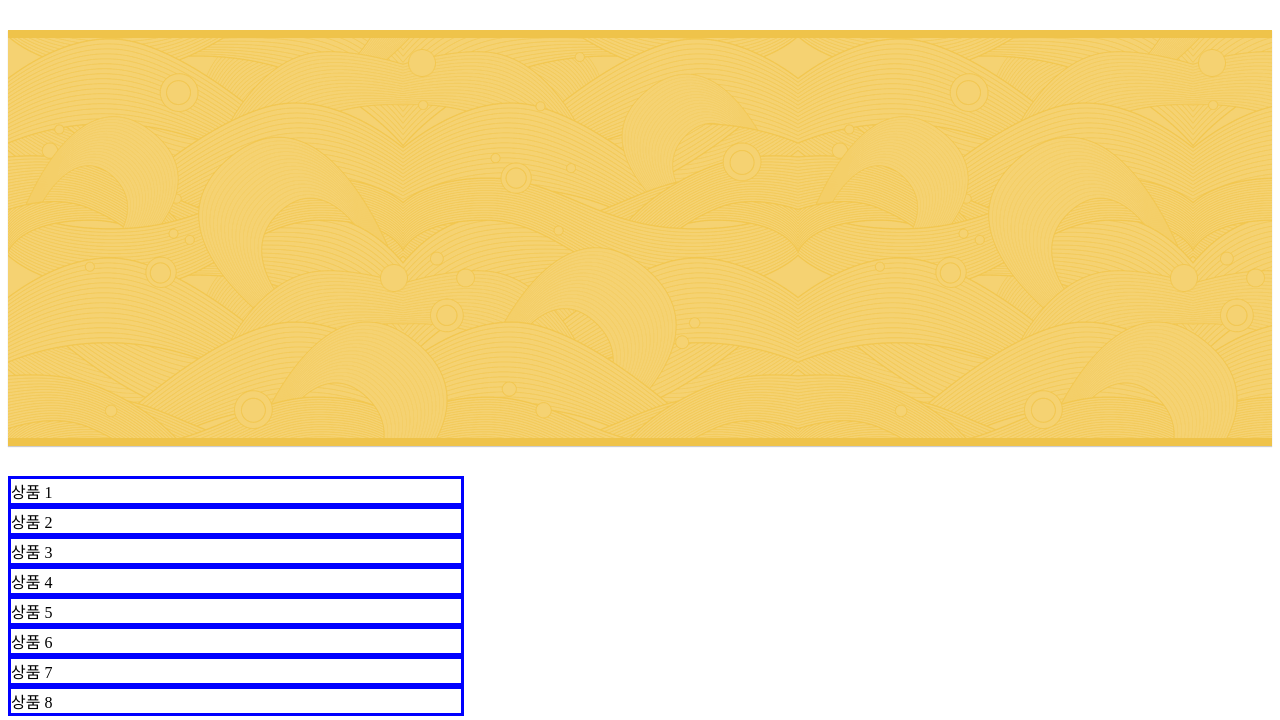
Repository: fellownew/project_workspace
Page: http://localhost/shoppingmall/WEB-INF/view/body/main.jsp
An editor plug-in stored every save of this project. The page is shown before and after the next save, followed by the edit.
The browser window is 1280 px wide. The pictures show the whole page.
The page is served by Tomcat 9. Nobody is signed in. Other server files are loaded and not shown. The template is opened directly, without the code that normally fills it, so the values that code supplies are empty.

Above is the page before, as saved 2015-06-03 08:09:30.

### shoppingmall/WebContent/WEB-INF/view/body/main.jsp
<%@ page contentType="text/html;charset=UTF-8"%>
<%@ taglib prefix="c" uri="http://java.sun.com/jsp/jstl/core"%>
<!DOCTYPE html>
        <link rel="stylesheet" type="text/css" href="<%=request.getContextPath()%>/css/demo.css" />
        <link rel="stylesheet" type="text/css" href="<%=request.getContextPath()%>/css/style.css" />
        <style type="text/css">
			.da-slider{
				background: transparent url('<%=request.getContextPath() %>/image/waves.gif') repeat 0% 0%;
				}
			.da-arrows span:after{
				background: transparent url('<%=request.getContextPath() %>/image/arrows.png') no-repeat top left;
				}
		</style>
		<script type="text/javascript" src="<%=request.getContextPath()%>/script/modernizr.custom.28468.js"></script>
		<script type="text/javascript" src="<%=request.getContextPath()%>/script/jquery.js"></script>
		<script type="text/javascript" src="<%=request.getContextPath()%>/script/jquery.cslider.js"></script>
		<script type="text/javascript">
			$(function() {
				$('#da-slider').cslider();
			});
		</script>

    <body>
        <div class="container">
			<div id="da-slider" class="da-slider">
			   <c:forEach items="${requestScope.productList }" var="product">
					<div class="da-slide">
						<h2>${product.productName }</h2>
						<p>${product.productInfo }</p>
						<a href="productInfo.do?productId=${product.productId }" class="da-link">상품가기</a>
						<div class="da-img"><img src="${product.imagePath }" alt="image01" width="320px" height="320px"/></div>
					</div>
	  		 	</c:forEach>
				<nav class="da-arrows">
					<span class="da-arrows-prev"></span>
					<span class="da-arrows-next"></span>
				</nav>
			</div>
        </div>
		<div id="productTable" style="width:900px;margin:0auto">
			<div style="width:450px;float:left;border-style:solid; ;border-color: blue;">상품 1</div>
			<div style="width:450px;float:left;border-style:solid; ;border-color: blue;">상품 2</div>
			<div style="width:450px;float:left;border-style:solid; ;border-color: blue;">상품 3</div>
			<div style="width:450px;float:left;border-style:solid; ;border-color: blue;">상품 4</div>
			<div style="width:450px;float:left;border-style:solid; ;border-color: blue;">상품 5</div>
			<div style="width:450px;float:left;border-style:solid; ;border-color: blue;">상품 6</div>
			<div style="width:450px;float:left;border-style:solid; ;border-color: blue;">상품 7</div>
			<div style="width:450px;float:left;border-style:solid; ;border-color: blue;">상품 8</div>

		</div>
    </body>

### shoppingmall/WebContent/css/demo.css
@font-face {
    font-weight: normal;
    font-style: normal;
}

.container{
	width: 100%;
	position: relative;
	text-align: center;
}
.clr{
	clear: both;
}
.container > header{
	padding: 20px 30px 10px 30px;
	margin: 0px 20px 10px 20px;
	position: relative;
	display: block;
	text-shadow: 1px 1px 1px rgba(0,0,0,0.2);
    text-align: center;
}
.container > header h1{
	font-size: 35px;
	line-height: 35px;
	position: relative;
	font-weight: 400;
	color: #936975;
	text-shadow: 1px 1px 1px rgba(0,0,0,0.3);
    padding: 0px 0px 5px 0px;
}
.container > header h1 span{
	color: #b19099;
	text-shadow: 0px 1px 1px rgba(255,255,255,0.8);
}
.container > header h2{
	font-size: 16px;
	font-style: italic;
	color: #593741;
	text-shadow: 0px 1px 1px rgba(255,255,255,0.8);
}
/* Header Style */
.codrops-top{
	line-height: 24px;
	font-size: 11px;
	background: rgba(255, 255, 255, 0.6);
	text-transform: uppercase;
	z-index: 9999;
	position: relative;
	box-shadow: 1px 0px 2px rgba(0,0,0,0.2);
}
.codrops-top a{
	padding: 0px 10px;
	letter-spacing: 1px;
	color: #333;
	text-shadow: 0px 1px 1px #fff;
	display: block;
	float: left;
}
.codrops-top a:hover{
	background: #fff;
}
.codrops-top span.right{
	float: right;
}
.codrops-top span.right a{
	float: left;
	display: block;
}

p.codrops-demos{
	text-align:center;
	display: block;
	padding: 14px;
}
p.codrops-demos a,
p.codrops-demos a.current-demo,
p.codrops-demos a.current-demo:hover{
    display: inline-block;
	border: 1px solid #b19099;
	padding: 4px 10px 3px;
	font-size: 13px;
	line-height: 18px;
	margin: 0px 3px;
	font-weight: 800;
	-webkit-box-shadow: 0px 1px 1px rgba(0,0,0,0.1);
	-moz-box-shadow:0px 1px 1px rgba(0,0,0,0.1);
	box-shadow: 0px 1px 1px rgba(0,0,0,0.1);
	color: #fff;
	text-shadow: 1px 1px 1px rgba(0,0,0,0.6);
	-webkit-border-radius: 5px;
	-moz-border-radius: 5px;
	border-radius: 5px;
	background: #b19099;
	background: -moz-linear-gradient(top, #b19099 0%, #936975 100%);
	background: -webkit-gradient(linear, left top, left bottom, color-stop(0%,#b19099), color-stop(100%,#936975));
	background: -webkit-linear-gradient(top, #b19099 0%,#936975 100%);
	background: -o-linear-gradient(top, #b19099 0%,#936975 100%);
	background: -ms-linear-gradient(top, #b19099 0%,#936975 100%);
	background: linear-gradient(top, #b19099 0%,#936975 100%);
	filter: progid:DXImageTransform.Microsoft.gradient( startColorstr='#b19099', endColorstr='#936975',GradientType=0 );
}
p.codrops-demos a:hover{
	background: #b19099;
}
p.codrops-demos a:active{
	-webkit-box-shadow: 0px 1px 1px rgba(255,255,255,0.4);
	-moz-box-shadow: 0px 1px 1px rgba(255,255,255,0.4);
	box-shadow: 0px 1px 1px rgba(255,255,255,0.4);
}
p.codrops-demos a.current-demo,
p.codrops-demos a.current-demo:hover{
	color: #443132;
	text-shadow: 0px 1px 1px rgba(255,255,255,0.3);
}
#testSlide3 {
	display: inline-block;
	border: 1px solid #b19099;
	padding: 4px 10px 3px;
	margin: 0px 3px;
	color: #fff;
	background: #111;
}
/* Media Queries */
@media screen and (max-width: 767px) {
	.container > header{
		text-align: center;
	}
	p.codrops-demos {
		position: relative;
		top: auto;
		left: auto;
	}
}

Loaded but not shown: shoppingmall/WebContent/script/modernizr.custom.28468.js (library); shoppingmall/WebContent/script/jquery.js (library); shoppingmall/WebContent/script/jquery.cslider.js (library); shoppingmall/WebContent/css/style.css (699 lines, source omitted)

After the next save:
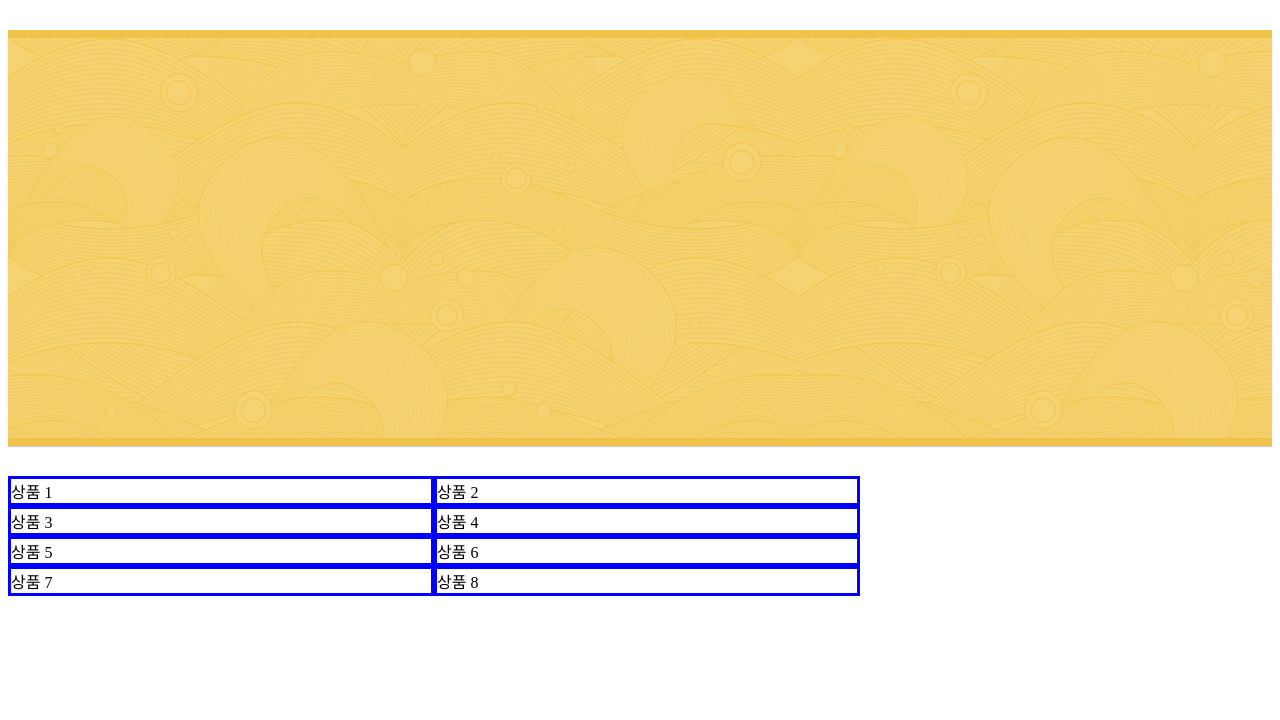
Saved 15 s later.
--- a/shoppingmall/WebContent/WEB-INF/view/body/main.jsp
+++ b/shoppingmall/WebContent/WEB-INF/view/body/main.jsp
@@ -38,14 +38,14 @@
 			</div>
         </div>
 		<div id="productTable" style="width:900px;margin:0auto">
-			<div style="width:450px;float:left;border-style:solid; ;border-color: blue;">상품 1</div>
-			<div style="width:450px;float:left;border-style:solid; ;border-color: blue;">상품 2</div>
-			<div style="width:450px;float:left;border-style:solid; ;border-color: blue;">상품 3</div>
-			<div style="width:450px;float:left;border-style:solid; ;border-color: blue;">상품 4</div>
-			<div style="width:450px;float:left;border-style:solid; ;border-color: blue;">상품 5</div>
-			<div style="width:450px;float:left;border-style:solid; ;border-color: blue;">상품 6</div>
-			<div style="width:450px;float:left;border-style:solid; ;border-color: blue;">상품 7</div>
-			<div style="width:450px;float:left;border-style:solid; ;border-color: blue;">상품 8</div>
+			<div style="width:420px;float:left;border-style:solid; ;border-color: blue;">상품 1</div>
+			<div style="width:420px;float:left;border-style:solid; ;border-color: blue;">상품 2</div>
+			<div style="width:420px;float:left;border-style:solid; ;border-color: blue;">상품 3</div>
+			<div style="width:420px;float:left;border-style:solid; ;border-color: blue;">상품 4</div>
+			<div style="width:420px;float:left;border-style:solid; ;border-color: blue;">상품 5</div>
+			<div style="width:420px;float:left;border-style:solid; ;border-color: blue;">상품 6</div>
+			<div style="width:420px;float:left;border-style:solid; ;border-color: blue;">상품 7</div>
+			<div style="width:420px;float:left;border-style:solid; ;border-color: blue;">상품 8</div>
 
 		</div>
     </body>
